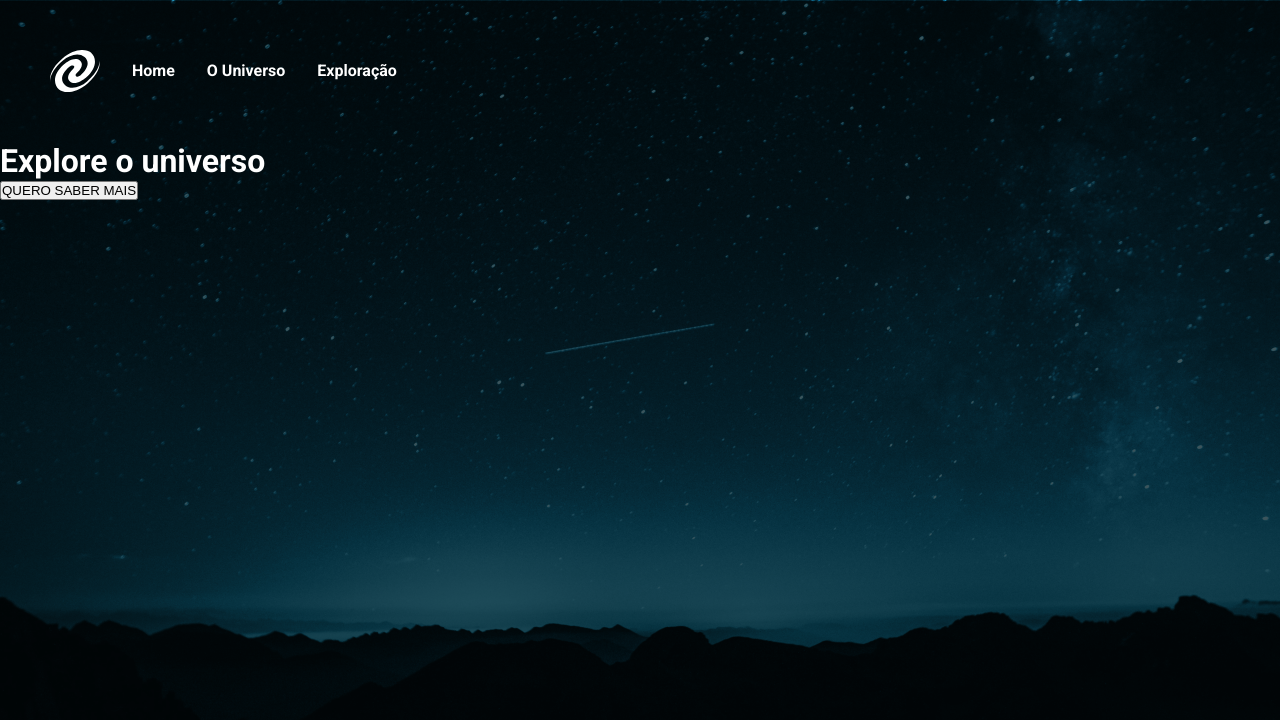
Repository: eltonneiferson/spaUniverse
Page: index.html
These files come from the project's save history. The page is drawn as it stood at one moment and after a run of saves; the edit follows.
The browser window is 1280 px wide. The pictures show the whole page.

Above is the page before, as saved 2022-10-26 22:08:07.

### index.html
<!DOCTYPE html>
<html lang="pt-br">

<head>
    <meta charset="UTF-8" />
    <meta http-equiv="X-UA-Compatible" content="IE=edge" />
    <meta name="viewport" content="width=device-width, initial-scale=1.0" />
    <meta name="author" content="Elton Neiferson" />
    <title>Universe</title>

    <link rel="stylesheet" href="stylle.css">
    <link rel="preconnect" href="https://fonts.googleapis.com">
    <link rel="preconnect" href="https://fonts.gstatic.com" crossorigin>
    <link href="https://fonts.googleapis.com/css2?family=Roboto:wght@700&display=swap" rel="stylesheet">
</head>

<body>
    <nav>
        <svg width="50" height="42" viewBox="0 0 50 42" fill="none" xmlns="http://www.w3.org/2000/svg">
            <path d="M31.5423 0.00979035C26.1727 0.174742 19.3604 2.47181 12.1375 8.73785C-2.6197 21.4919 0.219149 31.6427 0.219149 31.6427C0.219149 31.6427 -1.31407 22.7633 12.6765 10.655C19.9593 4.35869 28.9789 2.29019 34.5368 6.97206C39.5198 11.1696 38.7771 18.2731 30.3445 25.5381C27.0864 28.1212 23.6007 25.8307 27.0504 22.7633C27.4347 22.4396 27.7717 22.1194 28.0686 21.8047C31.2762 18.6232 33.7461 13.7222 29.9252 10.5036C25.3256 6.46755 17.5038 11.1696 14.054 14.237C3.12987 23.7622 2.8903 33.9231 9.02317 39.4122C13.2395 42.964 24.7506 44.3867 37.5913 33.4085C52.3485 20.6544 49.5097 10.5036 49.5097 10.5036C49.5097 10.5036 51.0429 19.3831 37.0523 31.4914C29.7695 37.7877 20.7499 39.9066 15.192 35.2248C10.209 31.0272 10.9517 23.9237 19.3844 16.6587C22.8341 13.9142 26.3078 16.1643 22.858 19.2317C22.4738 19.5554 22.1368 19.8756 21.8399 20.1903C18.6323 23.3718 16.1624 28.2728 19.9833 31.4914C24.5829 35.5275 32.2131 30.664 35.8545 27.758C46.9703 18.2328 47.0182 8.0719 40.8853 2.5828C39.0407 1.02891 35.7186 -0.118506 31.5423 0.00979035Z" fill="white" />
        </svg>
        <a href="/">Home</a>
        <a href="/universe.html">O Universo</a>
        <a href="/exploration.html">Exploração</a>
    </nav>
    <main>
        <h1>Explore o universo</h1>
        <button>QUERO SABER MAIS</button>
    </main>
</body>

</html>

### stylle.css
* {
    margin: 0;
    padding: 0;
    box-sizing: border-box;
    text-decoration: none;
}

:root {
    --font-color: white;
    --default-font: 'Roboto', sans-serif;
}

body {
    min-height: 100vh;
    background-image: url(bkg1.png);
    background-position: bottom;
    background-size: cover;
    color: var(--font-color);
    font-family: var(--default-font);
}

nav {
    padding: 50px;
    display: flex;
    gap: 2rem;
    align-items: center;
}

nav a {
    color: var(--font-color);
    font-style: normal;
    font-weight: 400;
    line-height: 22px;
}

After the next 4 saves:
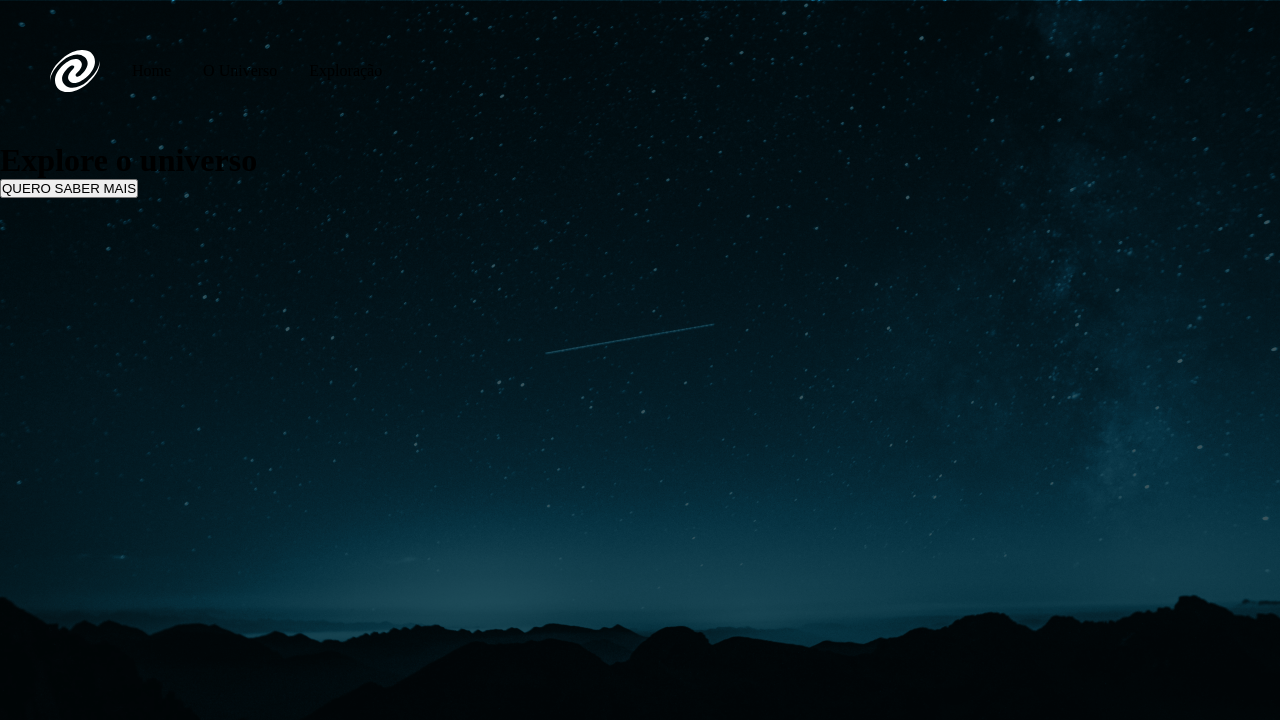
The 4 saves are shown as one change because they came seconds apart.
The last was saved 69 s later.
--- a/stylle.css
+++ b/stylle.css
@@ -6,7 +6,8 @@
 }
 
 :root {
-    --font-color: white;
+    --default-font-color: white;
+    --font
     --default-font: 'Roboto', sans-serif;
 }
 
